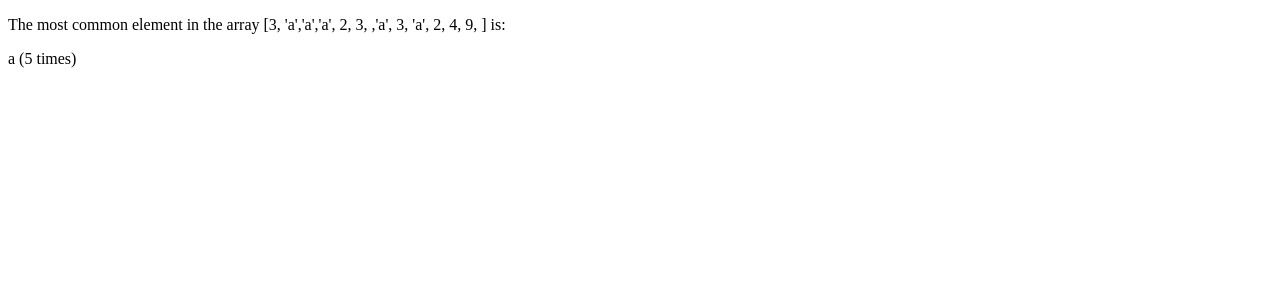
Repository: VladimirJetchev/JavaScriptHomework
Page: HomeworkJS/JSTask1/Task1.html
The author's editor kept a copy of each file at every save. The page is drawn from the files as they stood at one save, then again after the next save.
The browser window is 1280 px wide. The pictures show the whole page.

Above is the page before, as saved 2016-01-11 11:41:55.

### HomeworkJS/JSTask1/Task1.html
<!DOCTYPE html>
<html>
<head>
<meta charset="UTF-8">
<title>JavaScript Task One</title>
</head>
<body>
<p id ="result_notice">The most common element in the array [3, 'a','a','a', 2, 3, ,'a', 3, 'a', 2, 4, 9, ] is:
</p>
<p id="result">test</p>

<script type= "text/JavaScript">
/***************************************************************************
Задача 1:

Напишете JavaScript програма, която по даден array да показва най-
често срещания символ.
var arr1=[3, 'a', 'a', 'a', 2, 3, 'a', 3, 'a', 2, 4, 9, 3];
Резултат: a ( 5 times )
****************************************************************************
*/

//Define
var arr= [3, 'a','a','a', 2, 3, ,'a', 3, 'a', 2, 4, 9, ];

var i;
var j;
var counter = 0;
var element;

//Loop through arr
for ( i=0 ; i<arr.length; i++ ){
	var counterInloop=1;
	for (j= i+1 ; j <arr.length-1; j++){
		if ( arr[i] == arr[j]){
			counterInloop++;
			var elementInloop = arr[i];
		}
	}if ( counterInloop > counter ){
		element = elementInloop
		counter = counterInloop
	}
}


//Output:
var result= document.getElementById("result");
result.innerHTML=element+" ("+counter +" times)";

</script>
</html>

After the next save:
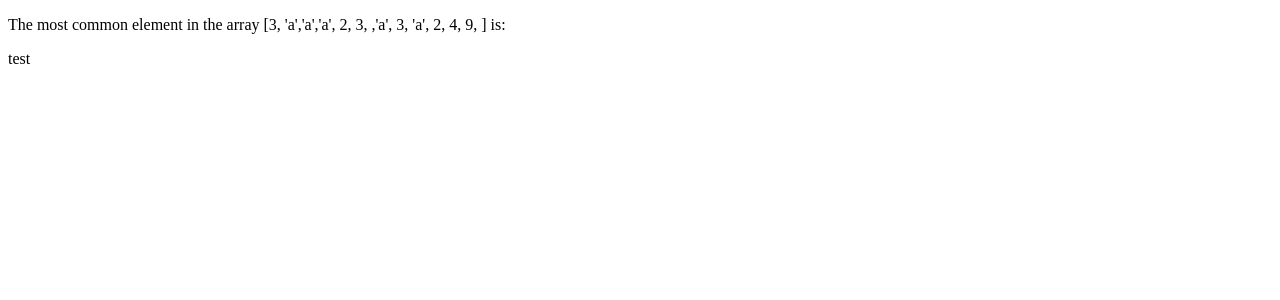
Console error: TypeError: Cannot set properties of null (setting 'innerHTML')
Saved 112 s later.
--- a/HomeworkJS/JSTask1/Task1.html
+++ b/HomeworkJS/JSTask1/Task1.html
@@ -5,22 +5,12 @@
 <title>JavaScript Task One</title>
 </head>
 <body>
-<p id ="result_notice">The most common element in the array [3, 'a','a','a', 2, 3, ,'a', 3, 'a', 2, 4, 9, ] is:
+<p>The most common element in the array [3, 'a','a','a', 2, 3, ,'a', 3, 'a', 2, 4, 9, ] is:
 </p>
-<p id="result">test</p>
+<p>test</p>
 
-<script type= "text/JavaScript">
-/***************************************************************************
-Задача 1:
+<script>
 
-Напишете JavaScript програма, която по даден array да показва най-
-често срещания символ.
-var arr1=[3, 'a', 'a', 'a', 2, 3, 'a', 3, 'a', 2, 4, 9, 3];
-Резултат: a ( 5 times )
-****************************************************************************
-*/
-
-//Define
 var arr= [3, 'a','a','a', 2, 3, ,'a', 3, 'a', 2, 4, 9, ];
 
 var i;
@@ -28,7 +18,7 @@
 var counter = 0;
 var element;
 
-//Loop through arr
+
 for ( i=0 ; i<arr.length; i++ ){
 	var counterInloop=1;
 	for (j= i+1 ; j <arr.length-1; j++){
@@ -43,7 +33,7 @@
 }
 
 
-//Output:
+// id ="result_notice"  id="result"
 var result= document.getElementById("result");
 result.innerHTML=element+" ("+counter +" times)";
 

After the save that followed:
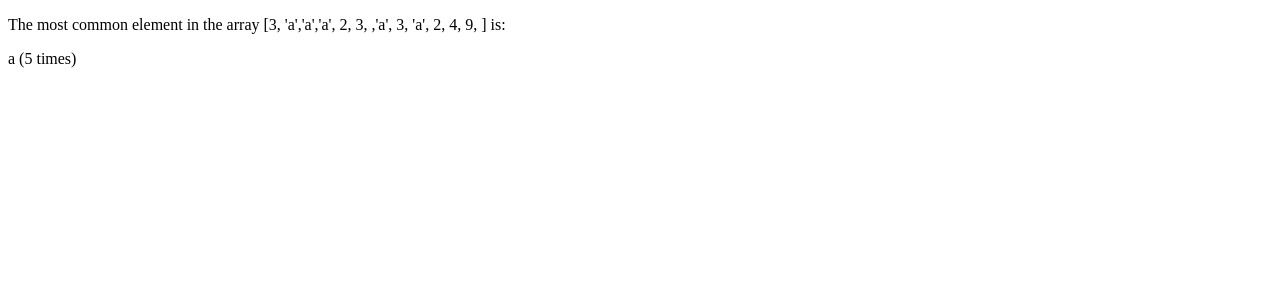
The error is gone.
Saved 30 s later.
--- a/HomeworkJS/JSTask1/Task1.html
+++ b/HomeworkJS/JSTask1/Task1.html
@@ -7,7 +7,7 @@
 <body>
 <p>The most common element in the array [3, 'a','a','a', 2, 3, ,'a', 3, 'a', 2, 4, 9, ] is:
 </p>
-<p>test</p>
+<p id="result">test</p>
 
 <script>
 
@@ -33,7 +33,7 @@
 }
 
 
-// id ="result_notice"  id="result"
+// id ="result_notice"
 var result= document.getElementById("result");
 result.innerHTML=element+" ("+counter +" times)";
 
